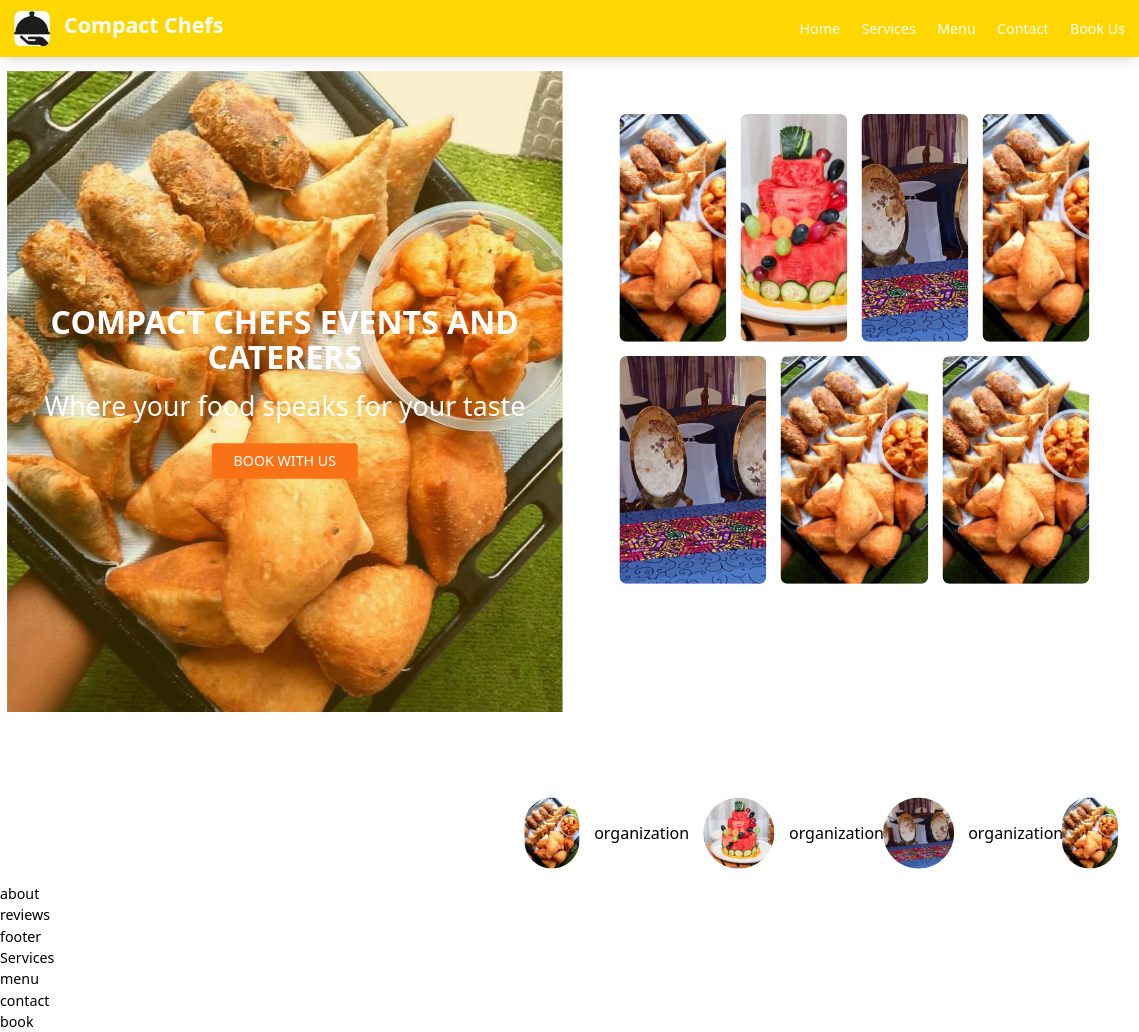
Repository: makanda596/compactchef
Page: /menu
The author's editor kept a copy of each file at every save. The page is drawn from the files as they stood at one save, then again after the next save.
The browser window is 1280 px wide. The pictures show the whole page, at 89% of full size.
The project was rebuilt for these pictures with package versions that can differ from the ones it lists, and the page was loaded fresh each time.

Above is the page before, as saved 2025-01-07 16:36:55.

### public/index.html
<!DOCTYPE html>
<html lang="en">
  <head>
    <meta charset="utf-8" />
    <link rel="icon" href="./logo.jpg" />
    <meta name="viewport" content="width=device-width, initial-scale=1" />

    <link rel="apple-touch-icon" href="./logo.jpg" />


    <title>CompactChef Events</title>
  </head>
  <body>
    <div id="root"></div>
  </body>
</html>

### src/App.js
import Home from './pages/Home.jsx'
import Services from './pages/Services.jsx'
import Menu from './pages/Menu.jsx'
import Contact from './pages/Contact.jsx'
import Book from './pages/Book.jsx'
function App() {
  return (
    <>
      <Home />
      <Services />
      <Menu />
      <Contact />
      <Book />
    </>
  );
}

export default App;

### src/pages/Home.jsx
import React from 'react'
import Hero from '../components/Hero.jsx'
import Client from '../components/Client.jsx'
import About from '../components/About.jsx'
import Reviews from '../components/Reviews.jsx'
import Footer from '../components/Footer.jsx'
import Navbar from '../components/Navbar.jsx'
function Home() {
    return (
        <div>
            <Navbar />
            <Hero />
            <Client />
            <About />
            <Reviews />
            <Footer />
        </div>
    )
}

export default Home

### src/pages/Services.jsx
import React from 'react'

function Services() {
    return (
        <div>
            Services
        </div>
    )
}

export default Services

### src/pages/Menu.jsx
import React from 'react'

function Menu() {
    return (
        <div>
            menu
        </div>
    )
}

export default Menu

### src/pages/Contact.jsx
import React from 'react'

function Contact() {
    return (
        <div>
            contact
        </div>
    )
}

export default Contact

### src/pages/Book.jsx
import React from 'react'

function Book() {
    return (
        <div>
            book
        </div>
    )
}

export default Book

### src/components/Hero.jsx
import React from 'react';
import hero from '../assets/hero.jpg';
import event from '../assets/event.jpg'
import cake from '../assets/cake.jpg'
function Hero() {
    const herofiles = [
        {
            id: 1,
            img: hero
        },
        {
            id: 1,
            img: cake
        },
        {
            id: 1,
            img: event
        },
        {
            id: 1,
            img: hero
        }
        ,
        {
            id: 1,
            img: event
        },
        {
            id: 1,
            img: hero
        },
        {
            id: 1,
            img: hero
        },


    ]
    return (
        <div className="grid md:grid-cols-2 gap-4 my-20 px-2">
            <div className="relative flex flex-col h-screen">
                <img src={hero} alt="Hero" className="object-cover w-full h-full" />
                <div className="absolute top-0 left-0 w-full h-full bg-yellow-500 bg-opacity-20 flex flex-col justify-center items-center text-white p-8">
                    <h1 className="text-4xl font-bold text-center text-white">COMPACT CHEFS EVENTS AND CATERERS</h1>
                    <p className="mt-4 text-3xl text-center">Where your food speaks for your taste</p>
                    <button className="mt-6 bg-orange-500 px-6 py-2 rounded text-white-500 hover:bg-gray-700">BOOK WITH US</button>
                </div>
            </div>

            <div className="gap-4 p-12">
                <div className="grid grid-cols-4 gap-4 mb-4">
                    {herofiles.slice(0, 4).map((item, index) => (
                        <img
                            src={item.img}
                            alt=""
                            key={index}
                            className="h-64 w-full rounded-lg object-cover"
                        />
                    ))}
                </div>

                <div className="grid grid-cols-3 gap-4 mb-4">
                    {herofiles.slice(4, 7).map((item, index) => (
                        <img
                            src={item.img}
                            alt=""
                            key={index}
                            className="h-64 w-full rounded-lg object-cover"
                        />
                    ))}
                </div>

                <div className="grid grid-cols-4 gap-4">
                    {herofiles.slice(7, 11).map((item, index) => (
                        <img
                            src={item.img}
                            alt=""
                            key={index}
                            className="h-64 w-full rounded-lg object-cover"
                        />
                    ))}
                </div>
            </div>



        </div>
    );
}

export default Hero;

### src/components/Client.jsx
import React from 'react'

import hero from '../assets/hero.jpg';
import event from '../assets/event.jpg'
import cake from '../assets/cake.jpg'
function Client() {
    const clients = [
        {
            id: 1,
            img: hero,
            name: 'organization'
        },
        {
            id: 1,
            img: cake,
            name: 'organization'

        },
        {
            id: 1,
            img: event,
            name: 'organization'

        },
        {
            id: 1,
            img: hero,
            name: 'organization'

        }
        ,
        {
            id: 1,
            img: event,
            name: 'organization'

        },
        {
            id: 1,
            img: hero,


        },
        {
            id: 1,
            img: hero
        },


    ]
    return (
        <div className="p-4">
            <div className="overflow-hidden">
                <div className="flex animate-slide">
                    {clients.map((client, index) => (
                        <div key={index} className="flex items-center mx-6">
                            <img
                                src={client.img}
                                alt={client.name}
                                className="h-20 w-20 rounded-full object-cover"
                            />
                            <p className="ml-4 text-lg">{client.name}</p>
                        </div>
                    ))}
                </div>
            </div>
        </div>

    )
}

export default Client

### src/components/About.jsx
import React from 'react'

function About() {
    return (
        <div>
            about
        </div>
    )
}

export default About

### src/components/Reviews.jsx
import React from 'react'

function Reviews() {
    return (
        <div>
            reviews

        </div>
    )
}

export default Reviews

### src/components/Footer.jsx
import React from 'react'

function Footer() {
    return (
        <div>
            footer
        </div>
    )
}

export default Footer

### src/components/Navbar.jsx
import React, { useState } from "react";
import logo from '../assets/logo.jpg'
const Navbar = () => {
    const [isOpen, setIsOpen] = useState(false);

    return (
        <nav className="bg-gold shadow-lg fixed top-0 z-50 w-full">
            <div className="container mx-auto px-4 flex justify-between items-center h-16">

                <div className="text-white font-bold text-2xl flex space-x-4">
                    <img src={logo} alt="" className="w-10 rounded-lg object-cover" />
                    <p>Compact Chefs</p></div>

                <div className="lg:hidden">
                    <button
                        onClick={() => setIsOpen(!isOpen)}
                        className="text-white focus:outline-none"
                    >
                        <svg
                            className="w-6 h-6"
                            xmlns="http://www.w3.org/2000/svg"
                            fill="none"
                            viewBox="0 0 24 24"
                            stroke="currentColor"
                        >
                            {isOpen ? (
                                <path
                                    strokeLinecap="round"
                                    strokeLinejoin="round"
                                    strokeWidth="2"
                                    d="M6 18L18 6M6 6l12 12"
                                />
                            ) : (
                                <path
                                    strokeLinecap="round"
                                    strokeLinejoin="round"
                                    strokeWidth="2"
                                    d="M4 6h16M4 12h16M4 18h16"
                                />
                            )}
                        </svg>
                    </button>
                </div>

                {/* Links for Desktop */}
                <div className="hidden lg:flex space-x-6">
                    <a href="#home" className="text-white hover:underline">
                        Home
                    </a>
                    <a href="#services" className="text-white hover:underline">
                        Services
                    </a>
                    <a href="#menu" className="text-white hover:underline">
                        Menu
                    </a>
                    <a href="#contact" className="text-white hover:underline">
                        Contact
                    </a>
                    <a href="#book-us" className="text-white hover:underline">
                        Book Us
                    </a>
                </div>
            </div>

            {/* Mobile Menu */}
            {isOpen && (
                <div className="lg:hidden bg-orange-400">
                    <a
                        href="#home"
                        className="block py-2 px-4 text-white hover:bg-orange-300"
                    >
                        Home
                    </a>
                    <a
                        href="#services"
                        className="block py-2 px-4 text-white hover:bg-orange-300"
                    >
                        Services
                    </a>
                    <a
                        href="#menu"
                        className="block py-2 px-4 text-white hover:bg-orange-300"
                    >
                        Menu
                    </a>
                    <a
                        href="#contact"
                        className="block py-2 px-4 text-white hover:bg-orange-300"
                    >
                        Contact
                    </a>
                    <a
                        href="#book-us"
                        className="block py-2 px-4 text-white hover:bg-orange-300"
                    >
                        Book Us
                    </a>
                </div>
            )}
        </nav>
    );
};

export default Navbar;

### tailwind.config.js
/** @type {import('tailwindcss').Config} */
module.exports = {
  content: [
    "./src/**/*.{js,jsx,ts,tsx}",
  ],
  theme: {
    extend: {
      animation: {
        'slide': 'slide 20s linear infinite',
      },
       colors: {
        gold: '#FFD700', // Gold color
      },
      keyframes: {
        slide: {
          '0%': { transform: 'translateX(100%)' },
          '100%': { transform: 'translateX(-100%)' },
        },
      },
    },
  },
  plugins: [],


}

Loaded but not shown: src/index.js (common file); src/index.css (common file); src/reportWebVitals.js (common file)

After the next save:
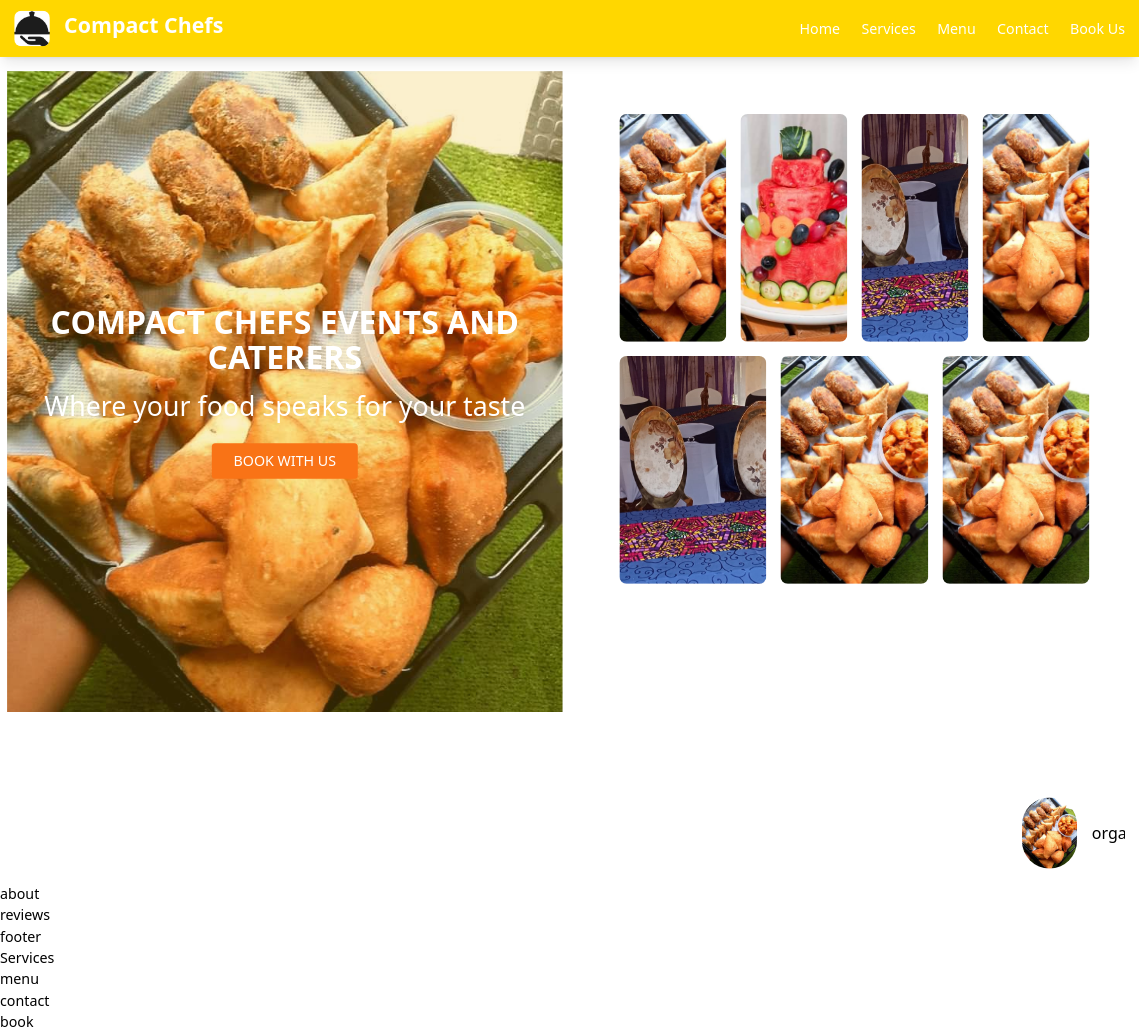
Saved 7 min 21 s later.
--- a/tailwind.config.js
+++ b/tailwind.config.js
@@ -6,7 +6,7 @@
   theme: {
     extend: {
       animation: {
-        'slide': 'slide 20s linear infinite',
+        'slide': 'slide 100s linear infinite',
       },
        colors: {
         gold: '#FFD700', // Gold color
